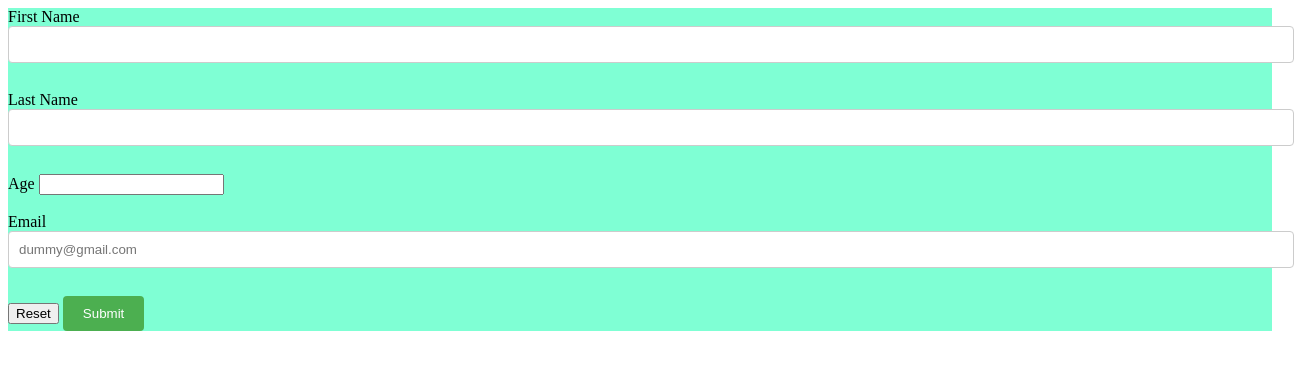
Repository: Haakim19/web-dev
Page: form.html
The author's editor kept a copy of each file at every save. The page is drawn from the files as they stood at one save, then again after the next save.
The browser window is 1280 px wide. The page is 1294 px wide, then 1302 px, so the pictures cover 1302 px, including what lies to the right of the window. The pictures show the whole page.

Above is the page before, as saved 2024-06-02 16:08:43.

After the next save:
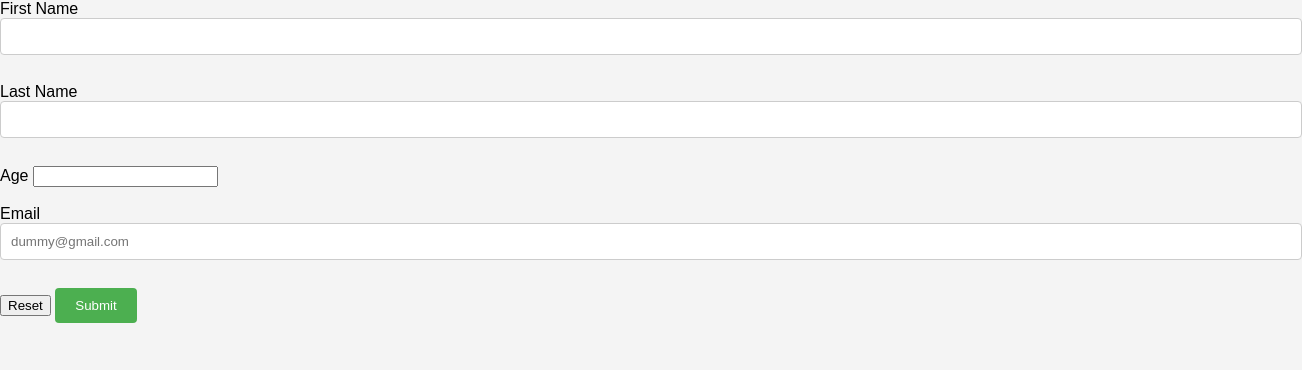
Saved 25 s later.
--- a/form.css
+++ b/form.css
@@ -1,8 +1,14 @@
+body {
+    font-family: Arial, sans-serif;
+    background-color: #f4f4f4;
+    margin: 0;
+    padding: 0;
+}
 /* Reset default form styles */
 form {
     margin: 0;
     padding: 0;
-    background-color: aquamarine;
+
 }
 
 /* Style form elements */
